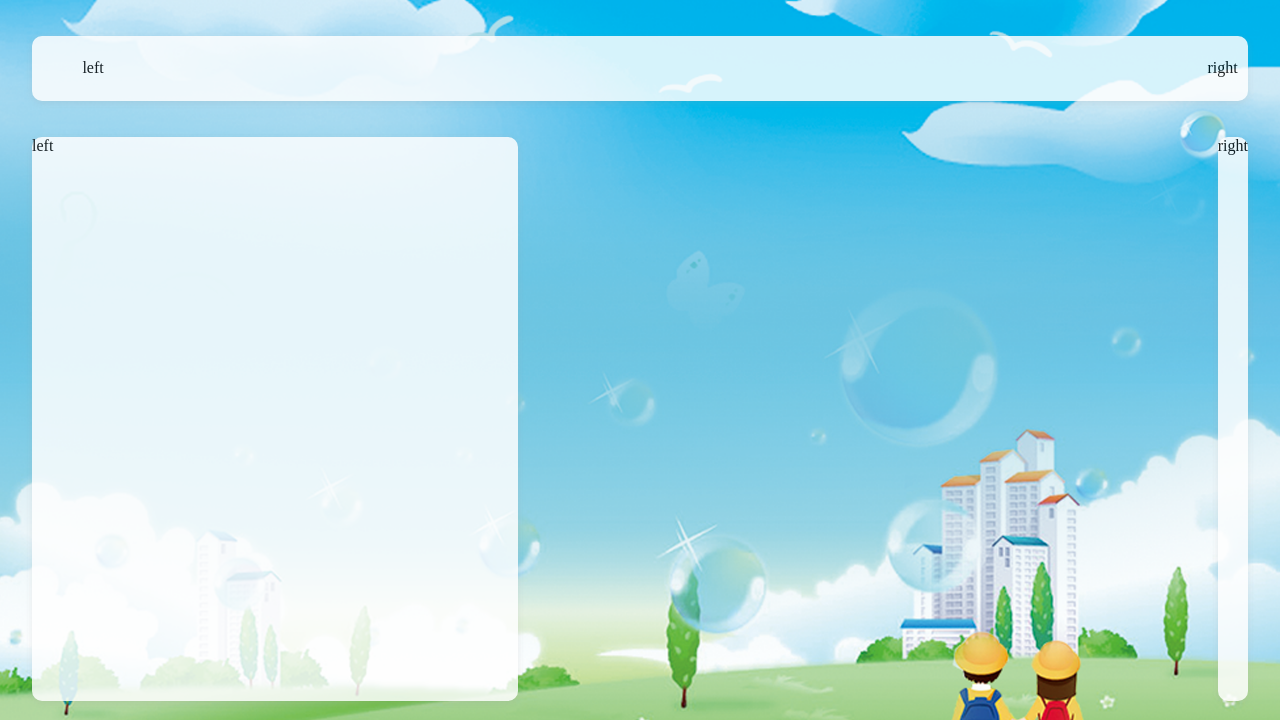
Repository: huangdesheng/classBrand
Page: / (app in classBrand/)
The author's editor kept a copy of each file at every save. The page is drawn from the files as they stood at one save, then again after a run of saves.
The browser window is 1280 px wide. The pictures show the whole page.
The project was rebuilt for these pictures with package versions that can differ from the ones it lists, and the page was loaded fresh each time.

Above is the page before, as saved 2019-08-23 09:53:14.

After the next 2 saves:
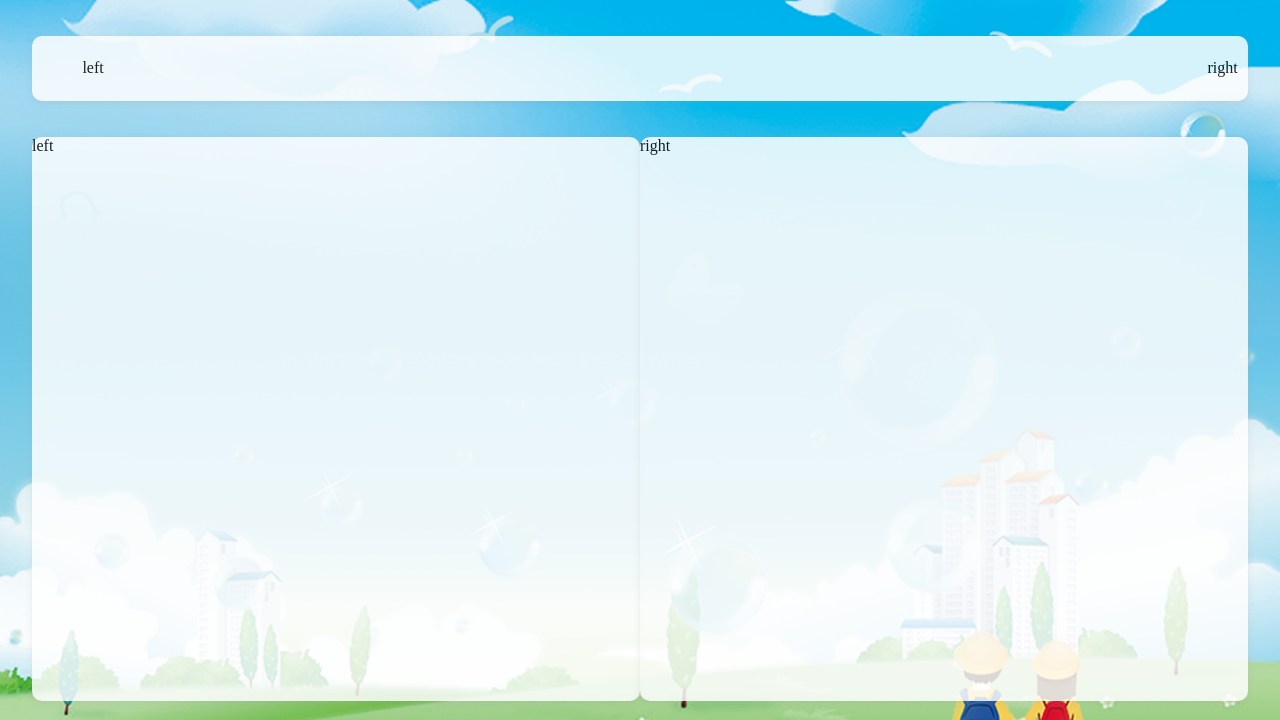
The 2 saves are shown as one change because they came seconds apart.
The last was saved 8 s later.
--- a/classBrand/src/views/index/index.vue
+++ b/classBrand/src/views/index/index.vue
@@ -54,6 +54,7 @@ export default {};
     aside {
       .bt;
       height: 100%;
+      flex: 1;
       &:nth-of-type(1) {
         width: 40%;
       }
